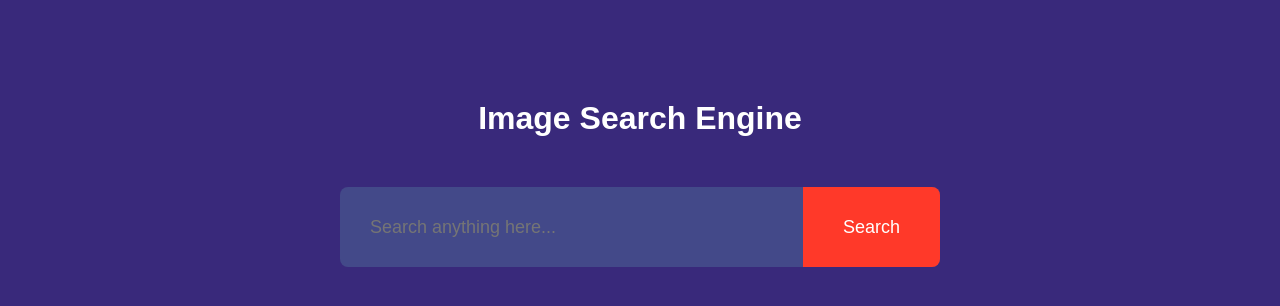
Repository: AbdullahOwais-Dev/Image-Search-App
Page: index.html
An editor plug-in stored every save of this project. The page is shown before and after a run of saves, followed by the edit.
The browser window is 1280 px wide. The pictures show the whole page.

Above is the page before, as saved 2025-02-09 00:17:42.

After the next 4 saves:
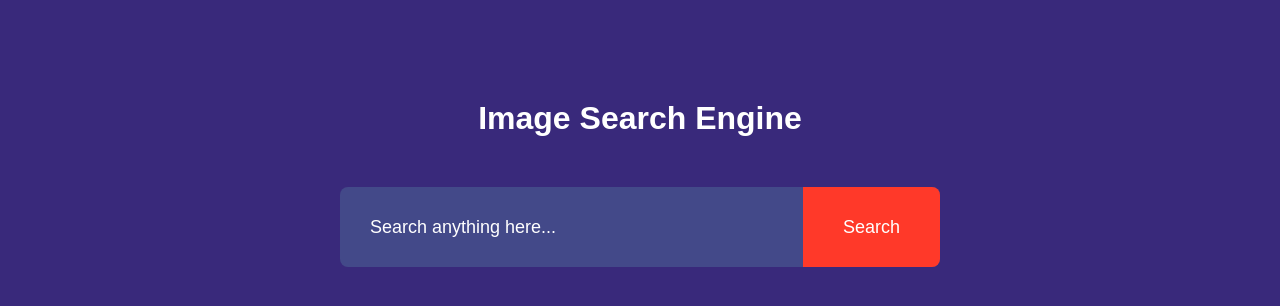
The 4 saves are shown as one change because they came seconds apart.
The last was saved 27 s later.
--- a/style.css
+++ b/style.css
@@ -45,3 +45,7 @@
     border-bottom-right-radius: 8px;
     cursor: pointer;
 }
+::placeholder{
+    color: #fff;
+
+}
